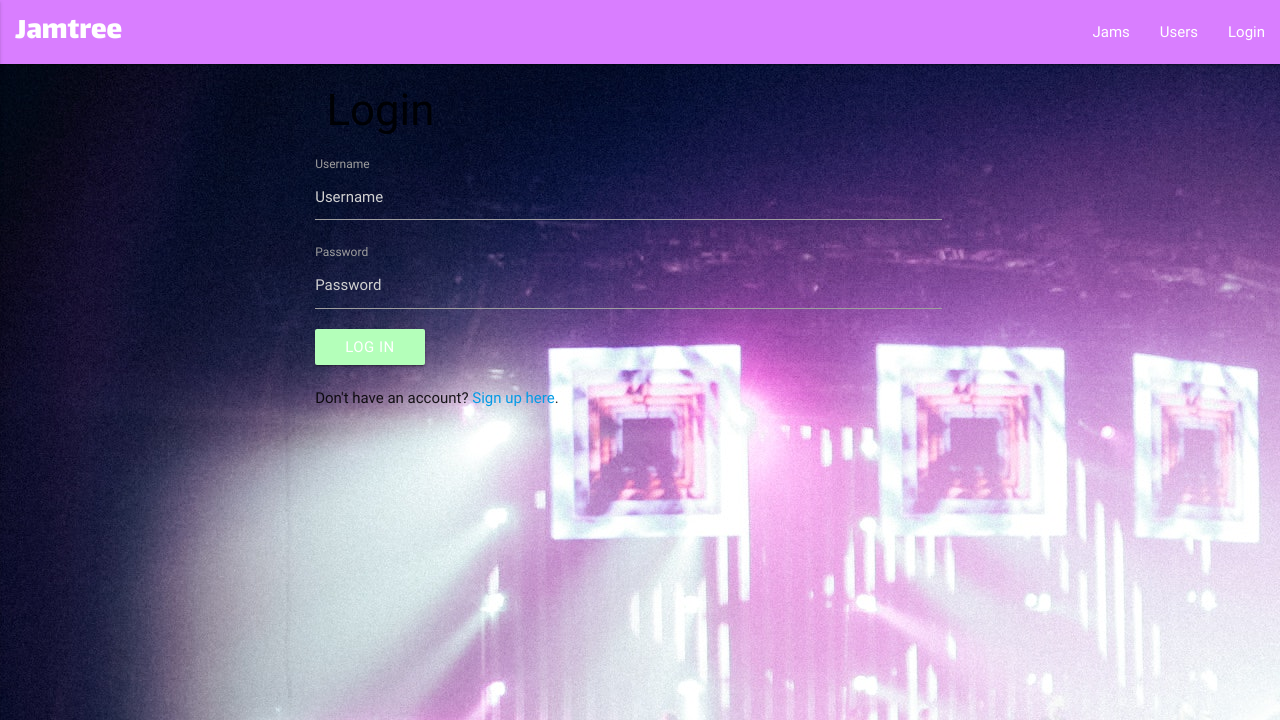
Repository: EdShackleton/milestone-project-3
Page: http://localhost/login
The author's editor kept a record of every edit. The page is drawn from the files as they stood at one moment, then again after the next edit.
The browser window is 1280 px wide. The pictures show the whole page.
Some web libraries are served in a nearby version. The page is served by the project's application, run on Flask 3 (app.py). Style sheets and scripts are compiled from the project's sources, by tool versions that may differ from the author's.

Above is the page before.

### templates/login.html
{% extends 'base.html' %} {% block content %}
<div class="container">
<h3>Login</h3>
    <div class="row">
        <div class="col-md-4 col-md-offset-4">
            <form method=POST action="{{ url_for('login') }}">
                <div class="form-group">
                    <label for="exampleInputEmail1">Username</label>
                    <input type="text" class="form-control" name="username" placeholder="Username">
                </div>
                <div class="form-group">
                    <label for="exampleInputPassword1">Password</label>
                    <input type="password" class="form-control" name="password" placeholder="Password">
                </div>
                <button type="submit" class="btn btn-primary btn-block">Log In</button>
            </form>
            <br>
            <div>
                Don't have an account? <a href="{{ url_for('register') }}">Sign up here</a>.
            </div>
        </div>
    </div>
</div>

{% endblock %}

### templates/base.html
<!DOCTYPE html>
<html>

<head>
    <link href="https://fonts.googleapis.com/icon?family=Material+Icons" rel="stylesheet">
    <link href="https://fonts.googleapis.com/css?family=Lalezar|Roboto&display=swap" rel="stylesheet">
    <link rel="stylesheet" href="static/css/style.css" type="text/css" />
    <link rel="stylesheet" href="https://cdnjs.cloudflare.com/ajax/libs/materialize/0.100.2/css/materialize.min.css">
    <link rel="stylesheet" href="{{url_for('static', filename='css/style.css')}}" type="text/css" />
</head>

<body>
    <header>
        <div class="navbar-fixed">
            <nav>
                <div class="nav-wrapper">
                    <a href="{{ url_for('get_jams') }}" class="brand-logo">Jamtree</a>
                    <a href="#" data-activates="mobile-demo" class="button-collapse"><i class="material-icons">menu</i></a>
                    <ul id="nav-mobile" class="right hide-on-med-and-down">

                        <li id="username"><strong>{{ username }}</strong></li>
                        <li><a href="{{ url_for('get_jams') }}">Jams</a></li>
                        <li><a href="{{ url_for('get_users') }}">Users</a></li>
                        {% if user_logged_in %}
                        <li><a href="{{ url_for('add_jam') }}">New Jam</a></li>
                        <li><a href="{{ url_for('login') }}">Logout</a></li>
                        {% else %}
                        <li><a href="{{ url_for('login') }}">Login</a></li>
                        {% endif %}

                    </ul>
                    <ul class="side-nav" id="mobile-demo">
                        <li class="username-sidenav"><strong>{{ username }}</strong></li>
                        <li><a href="{{ url_for('get_jams') }}">Jams</a></li>
                        <li><a href="{{ url_for('get_users') }}">Users</a></li>
                        {% if user_logged_in %}
                        <li><a href="{{ url_for('add_jam') }}">New Jam</a></li>
                        <li><a href="{{ url_for('login') }}">Logout</a></li>
                        {% else %}
                        <li><a href="{{ url_for('login') }}">Login</a></li>
                        {% endif %}
                    </ul>
                </div>
            </nav>
        </div>
    </header>
    <div class="container background"></div>
    <div class="container">
        {% block content %} {% endblock %}
    </div>
    <script src="https://cdnjs.cloudflare.com/ajax/libs/jquery/3.2.1/jquery.min.js"></script>
    <script src="https://cdnjs.cloudflare.com/ajax/libs/materialize/0.100.2/js/materialize.min.js"></script>
    <script type="text/javascript">
        $(document).ready(function() {
            $('.collapsible').collapsible();
            $('select').material_select();
            $(".button-collapse").sideNav();
        });
        $('.datepicker').pickadate({
            selectMonths: true, // Creates a dropdown to control month
            selectYears: 15, // Creates a dropdown of 15 years to control year,
            today: 'Today',
            clear: 'Clear',
            close: 'Ok',
            closeOnSelect: false // Close upon selecting a date,
        });
    </script>
</body>

</html>

### app.py
import os
from flask import Flask, render_template, redirect, request, url_for, session
from flask_pymongo import PyMongo
from bson.objectid import ObjectId



app = Flask(__name__)
app.config["MONGO_DBNAME"] = 'Jamtree'
app.config["MONGO_URI"] = 'mongodb+srv://root:Welcome3@myfirstcluster-8h2g0.mongodb.net/Jamtree?retryWrites=true&w=majority'

mongo = PyMongo(app)

#CRUD

@app.route('/get_jams')
def get_jams():
    user_logged_in = 'username' in session
    if user_logged_in:
        return render_template("jams.html",
        jams=mongo.db.jam_or_event.find(),
        counties=mongo.db.counties.find(),
        username=session['username'],
        user_logged_in=user_logged_in)
    return render_template("jams.html",
    jams=mongo.db.jam_or_event.find(),
    counties=mongo.db.counties.find(),
    user_logged_in=user_logged_in)

@app.route('/get_users')
def get_users():
    user_logged_in = 'username' in session
    if user_logged_in:
        return render_template("users.html",
        users=mongo.db.users.find(),
        counties=mongo.db.counties.find(),
        username=session['username'],
        user_logged_in=user_logged_in)
    return render_template("users.html",
        users=mongo.db.users.find(),
        counties=mongo.db.counties.find(),
        user_logged_in=user_logged_in)

@app.route('/add_jam', methods=['POST', 'GET'])
def add_jam():
    user_logged_in = 'username' in session
    if request.method == 'POST':
        jams =  mongo.db.jam_or_event
        jams.insert_one({
                'jam_title':request.form.get('jam_title'),
                'genre':request.form.get('genre'),
                'date_of_jam': request.form.get('date_of_jam'),
                'jam_location': request.form.get('jam_location'),
                'jam_county':request.form.get('jam_county'),
                'jam_member_1':request.form.get('jam_member_1'),
                'jam_member_2':request.form.get('jam_member_2'),
                'jam_member_3':request.form.get('jam_member_3'),
                'jam_member_4':request.form.get('jam_member_4'),
                'jam_member_5':request.form.get('jam_member_5'),
                'jam_member_6':request.form.get('jam_member_6'),
                'jam_member_7':request.form.get('jam_member_7'),
                'jam_member_8':request.form.get('jam_member_8'),
                'jam_member_9':request.form.get('jam_member_9'),
                'jam_member_10':request.form.get('jam_member_10'),
                'member_instrument_1':request.form.get('member_instrument_1'),
                'member_instrument_2':request.form.get('member_instrument_2'),
                'member_instrument_3':request.form.get('member_instrument_3'),
                'member_instrument_4':request.form.get('member_instrument_4'),
                'member_instrument_5':request.form.get('member_instrument_5'),
                'member_instrument_6':request.form.get('member_instrument_6'),
                'member_instrument_7':request.form.get('member_instrument_7'),
                'member_instrument_8':request.form.get('member_instrument_8'),
                'member_instrument_9':request.form.get('member_instrument_9'),
                'member_instrument_10':request.form.get('member_instrument_10'),
                'jam_notes':request.form.get('jam_notes'),
                'jam_owner':session['username']
            })

        print(request.form)
        return redirect(url_for('get_jams'))

    return render_template('addjam.html',
    counties=mongo.db.counties.find(),
    username=session['username'],
    user_logged_in=user_logged_in,
    instruments=mongo.db.instruments.find(),
    instruments_2=mongo.db.instruments.find(),
    instruments_3=mongo.db.instruments.find(),
    instruments_4=mongo.db.instruments.find(),
    instruments_5=mongo.db.instruments.find(),
    instruments_6=mongo.db.instruments.find(),
    instruments_7=mongo.db.instruments.find(),
    instruments_8=mongo.db.instruments.find(),
    instruments_9=mongo.db.instruments.find(),
    instruments_10=mongo.db.instruments.find())

@app.route('/delete_jam/<jam_id>')
def delete_jam(jam_id):
    mongo.db.jam_or_event.remove({'_id': ObjectId(jam_id)})
    return redirect(url_for('get_jams'))

@app.route('/edit_jam/<jam_id>', methods=['POST', 'GET'])
def edit_jam(jam_id):
    user_logged_in = 'username' in session
    the_jam =  mongo.db.jam_or_event.find_one({"_id": ObjectId(jam_id)})
    username=session['username']
    jam_owner = the_jam['jam_owner']

    if request.method == 'POST':
        if user_logged_in:
            if username == jam_owner:
                print(request.form)
                jams = mongo.db.jam_or_event
                jams.update( {'_id': ObjectId(jam_id)},
                {
                    'jam_title':request.form.get('jam_title'),
                    'genre':request.form.get('genre'),
                    'date_of_jam': request.form.get('date_of_jam'),
                    'jam_location': request.form.get('jam_location'),
                    'jam_county':request.form.get('jam_county'),
                    'jam_member_1':request.form.get('jam_member_1'),
                    'jam_member_2':request.form.get('jam_member_2'),
                    'jam_member_3':request.form.get('jam_member_3'),
                    'jam_member_4':request.form.get('jam_member_4'),
                    'jam_member_5':request.form.get('jam_member_5'),
                    'jam_member_6':request.form.get('jam_member_6'),
                    'jam_member_7':request.form.get('jam_member_7'),
                    'jam_member_8':request.form.get('jam_member_8'),
                    'jam_member_9':request.form.get('jam_member_9'),
                    'jam_member_10':request.form.get('jam_member_10'),
                    'member_instrument_1':request.form.get('member_instrument_1'),
                    'member_instrument_2':request.form.get('member_instrument_2'),
                    'member_instrument_3':request.form.get('member_instrument_3'),
                    'member_instrument_4':request.form.get('member_instrument_4'),
                    'member_instrument_5':request.form.get('member_instrument_5'),
                    'member_instrument_6':request.form.get('member_instrument_6'),
                    'member_instrument_7':request.form.get('member_instrument_7'),
                    'member_instrument_8':request.form.get('member_instrument_8'),
                    'member_instrument_9':request.form.get('member_instrument_9'),
                    'member_instrument_10':request.form.get('member_instrument_10'),
                    'jam_notes':request.form.get('jam_notes'),
                    'jam_owner':session['username']
                })
                return redirect(url_for('get_jams'))

            print(request.form)
            jams = mongo.db.jam_or_event
            jams.update( {'_id': ObjectId(jam_id)},
            {
                'jam_member_1':request.form.get('jam_member_1'),
                'jam_member_2':request.form.get('jam_member_2'),
                'jam_member_3':request.form.get('jam_member_3'),
                'jam_member_4':request.form.get('jam_member_4'),
                'jam_member_5':request.form.get('jam_member_5'),
                'jam_member_6':request.form.get('jam_member_6'),
                'jam_member_7':request.form.get('jam_member_7'),
                'jam_member_8':request.form.get('jam_member_8'),
                'jam_member_9':request.form.get('jam_member_9'),
                'jam_member_10':request.form.get('jam_member_10'),
                'member_instrument_1':request.form.get('member_instrument_1'),
                'member_instrument_2':request.form.get('member_instrument_2'),
                'member_instrument_3':request.form.get('member_instrument_3'),
                'member_instrument_4':request.form.get('member_instrument_4'),
                'member_instrument_5':request.form.get('member_instrument_5'),
                'member_instrument_6':request.form.get('member_instrument_6'),
                'member_instrument_7':request.form.get('member_instrument_7'),
                'member_instrument_8':request.form.get('member_instrument_8'),
                'member_instrument_9':request.form.get('member_instrument_9'),
                'member_instrument_10':request.form.get('member_instrument_10'),
                'jam_title':request.form.get('jam_title'),
                'genre':request.form.get('genre'),
                'date_of_jam': request.form.get('date_of_jam'),
                'jam_location': request.form.get('jam_location'),
                'jam_county':request.form.get('jam_county'),
                'jam_notes':request.form.get('jam_notes'),
                'jam_owner':request.form.get('jam_owner')
            })
            return redirect(url_for('get_jams'))
    if username == jam_owner:
        return render_template('editjam.html',
        jam=the_jam,
        instruments=mongo.db.instruments.find(),
        instruments_2=mongo.db.instruments.find(),
        instruments_3=mongo.db.instruments.find(),
        instruments_4=mongo.db.instruments.find(),
        instruments_5=mongo.db.instruments.find(),
        instruments_6=mongo.db.instruments.find(),
        instruments_7=mongo.db.instruments.find(),
        instruments_8=mongo.db.instruments.find(),
        instruments_9=mongo.db.instruments.find(),
        instruments_10=mongo.db.instruments.find(),
        counties=mongo.db.counties.find(),
        username=session['username'])
    return render_template('guesteditjam.html',
        jam=the_jam,
        instruments=mongo.db.instruments.find(),
        instruments_2=mongo.db.instruments.find(),
        instruments_3=mongo.db.instruments.find(),
        instruments_4=mongo.db.instruments.find(),
        instruments_5=mongo.db.instruments.find(),
        instruments_6=mongo.db.instruments.find(),
        instruments_7=mongo.db.instruments.find(),
        instruments_8=mongo.db.instruments.find(),
        instruments_9=mongo.db.instruments.find(),
        instruments_10=mongo.db.instruments.find(),
        counties=mongo.db.counties.find(),
        username=session['username'])

#login system - As the project brief does not require a login system, I have not hashed passwords

@app.route('/')
def index():
    users = mongo.db.users
    user_logged_in = 'username' in session
    if user_logged_in:
        return render_template('jams.html',
        jams=mongo.db.jam_or_event.find(),
        counties=mongo.db.counties.find(),
        username=session['username'])

    return render_template('jams.html',
        jams=mongo.db.jam_or_event.find(),
        counties=mongo.db.counties.find(),
        genres=mongo.db.genres.find())

@app.route('/login', methods=['POST', 'GET'])
def login():
    user_logged_in = 'username' in session
    if request.method == 'POST':
        users = mongo.db.users
        password = request.form['password']
        login_user = users.find_one({'username' : request.form['username']})

        if login_user:
            if password == login_user['password']:
                session['username'] = request.form['username']
                return redirect(url_for('get_jams'))

        return render_template('re-login.html')

    if user_logged_in:
        session.clear()
        return redirect(url_for('get_jams'))

    return render_template('login.html')

@app.route('/register', methods=['POST', 'GET'])
def register():
    if request.method == 'POST':
        users = mongo.db.users
        existing_user = users.find_one({'username' : request.form['username']})

        if existing_user is None:
            users.insert({'username' : request.form['username'],
            'password' : request.form['password'],
            'user_county' : request.form['user_county'],
            'user_instrument' : request.form['user_instrument']})
            session['username'] = request.form['username']
            return redirect(url_for('get_jams'))

        return render_template('re-register.html',
    instruments=mongo.db.instruments.find())

    return render_template('register.html',
    instruments=mongo.db.instruments.find(),
    counties=mongo.db.counties.find())

if __name__ == '__main__':
    app.secret_key = 'mysecret'
    app.run(host=os.environ.get('IP'),
            port=int(8080),
            debug=True)

### static/css/style.sass
/* Variables */

$primary-color: #7D1538
$secondary-color: #F9F9F9
$third-color: #d97eff
$fourth-color: #b4ffba
$fifth-color: #F45866

/* Mixins */

%box
    background-color: $secondary-color
    color: #383838
    border-color: white
    opacity: 0.9


%title
    font-family: 'Lalezar', cursive

/* background */


body
    background: url(/static/images/background-pic-purple.jpg) top left no-repeat
    background-attachment: fixed

.blank-background
    @extend %box
    padding: 3% 10%
    margin-top: 5px

/* nav bar */

.nav-wrapper
    background-color: $third-color
    font-family: 'Roboto', sans-serif


.brand-logo
    @extend %title
    margin: 0px 15px


#username
    font-style: italic

/* side nav */

.side-nav
    @extend %box

.side-nav li>a:hover
    background-color: $third-color
    color: white

#sidenav-overlay
    z-index: 996

.username-sidenav
    padding: 0 32px
    font-style: italic

/* page titles */

.page-title
    @extend %box
    @extend %title
    text-align: center
    margin: 0 30%


/* search bar */

.search-bar
    -webkit-box-shadow: 5px 5px 5px 0px rgba(0,0,0,0.2)
    -moz-box-shadow: 5px 5px 5px 0px rgba(0,0,0,0.2)
    box-shadow: 5px 5px 5px 0px rgba(0,0,0,0.2)
    background-color: #f5ecf9
    padding: 0 !important
    color: #383838
    font-family: 'Roboto', sans-serif
    margin-top: 5px
    height: 38px

.select-wrapper input.select-dropdown
    margin: 0
    border: none
    width: 100%
    font-size: 16px
    height: 38px
    padding-left: 5px

.dropdown-content li>span
    color: #383838
    font-family: 'Roboto', sans-serif

#search-button
    height: 38px
    margin-top: 5px
    border-radius: 2px

/* Jams page */

.new-user-card
    @extend %box
    text-align: center
    margin: 0 20%
    padding: 10px

.new-user-card-title
    @extend %title

.new-user-card-info
    font-size: 15px

.jams-list
    @extend %box
    font-family: 'Roboto', sans-serif
    text-align: center

.jam-title
    @extend %title

.other-jam-info
    background-color: #F4CEFF
    border-color: white
    opacity: 0.9

/* Users page */

.user-card
    @extend %box
    font-family: 'Roboto', sans-serif
    margin: 0 20%
    text-align: center

.user-name
    @extend %title

/* Add Jams page */

#member-2-details
    display: none

#member-3-details
    display: none

#member-4-details
    display: none

#member-5-details
    display: none

#member-6-details
    display: none

#member-7-details
    display: none

#member-8-details
    display: none

#member-9-details
    display: none

#member-10-details
    display: none

/* edit jams */

#hidden-jam-details
    display: none

/* other */

.user-card
    @extend %box

.btn
    background-color: $fourth-color

.btn:hover
    background-color: $third-color

.row
    width: 100%
    margin: 5px

p
    margin: 0

/* When starting to use sass, type into console: sass --watch static/css/style.sass:static/css/style.css */

After the next edit:
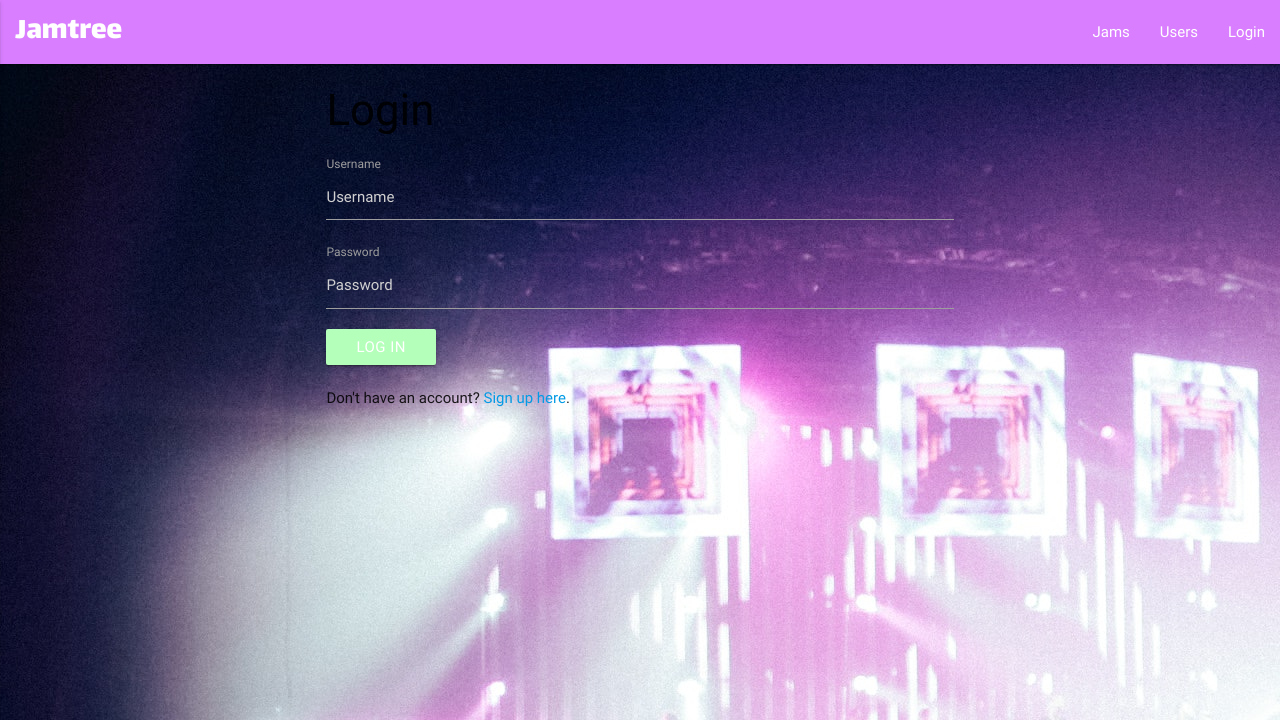
The edit:
--- a/static/css/style.sass
+++ b/static/css/style.sass
@@ -187,6 +187,10 @@
     width: 100%
     margin: 5px
 
+.container .row
+    width: 100%
+    margin: 0
+
 p
     margin: 0
 
